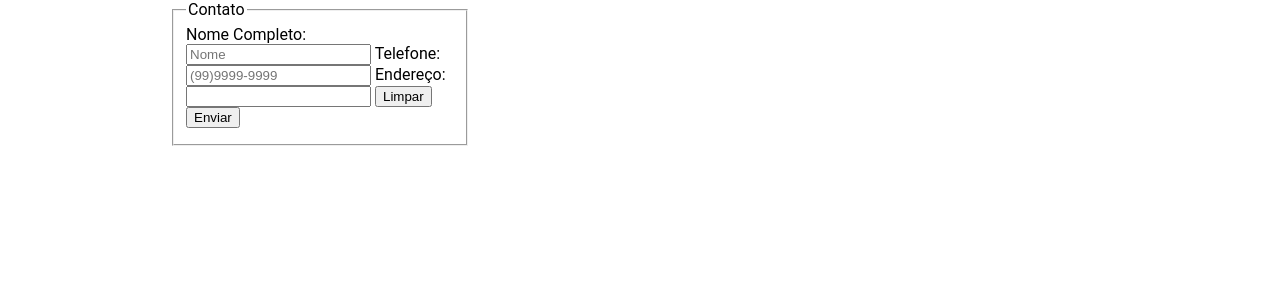
Repository: PedroViniciusVeiga/ProjetoColdigo
Page: exemploServlet/WebContent/contato.html
These files come from the project's save history. The page is drawn as it stood at one moment and after the next save; the edit follows.
The browser window is 1280 px wide. The pictures show the whole page.

Above is the page before, as saved 2021-04-07 22:17:16.

### exemploServlet/WebContent/contato.html
<!DOCTYPE html>
<html>
<head>
<meta charset="UTF-8">
<title>Registro de Contatos</title>
<link rel="stylesheet" type="text/css" href="css/siteContato.css">

</head>

<body>
<section>
<div class="blocoForm">
	<form name="dadosdecontato" method="post" action="#" class="formContato">
		<fieldset>
			<legend>Contato</legend>
			<label for="nome">Nome Completo:</label> <input type="text" name="txtnome"  id="nome" placeholder="Nome">
			<label for="fone">Telefone:</label> <input type="text" name="txtfone" placeholder=(99)9999-9999 id="fone">
			<label for="end">Endereço:</label> <input type="text" name="txtend"  id="end">
			<button type="reset">Limpar</button> <button type="submit" id="enviar">Enviar</button>
			<table>
				<tr>

					<td></td>
				</tr>
			</table>
		</fieldset>
	</form>
	</div>
</section>
</body>

</html>

### exemploServlet/WebContent/css/siteContato.css
@charset "UTF-8";

			/*Corpo da página*/

body {
	margin: 0 auto;
	font-family: "Roboto", sans-serif;
}

section{
	clear:both;
	min-height: 500px;
	width: 100%;
	margin-top:0px;
}

.blocoForm{
	float:left;
	width: 50%;;

}

.formContato{
	margin: 0px auto;
	width: 300px;
}

After the next save:
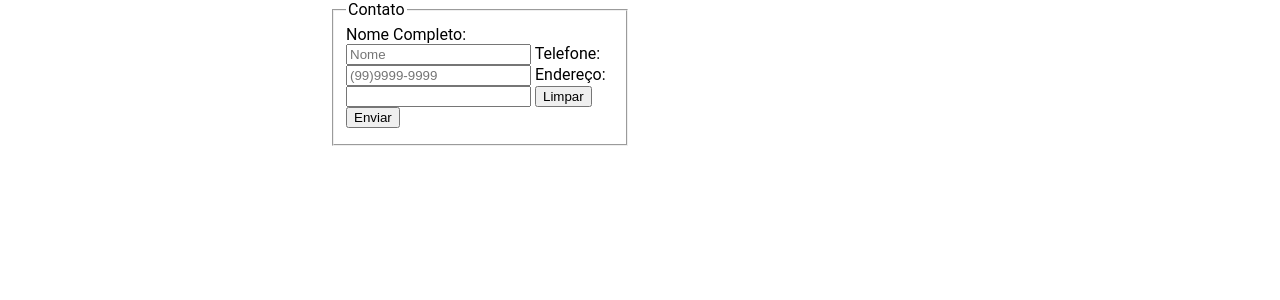
Saved 48 min 24 s later.
--- a/exemploServlet/WebContent/css/siteContato.css
+++ b/exemploServlet/WebContent/css/siteContato.css
@@ -16,7 +16,7 @@ section{
 
 .blocoForm{
 	float:left;
-	width: 50%;;
+	width: 75%;;
 
 }
 
